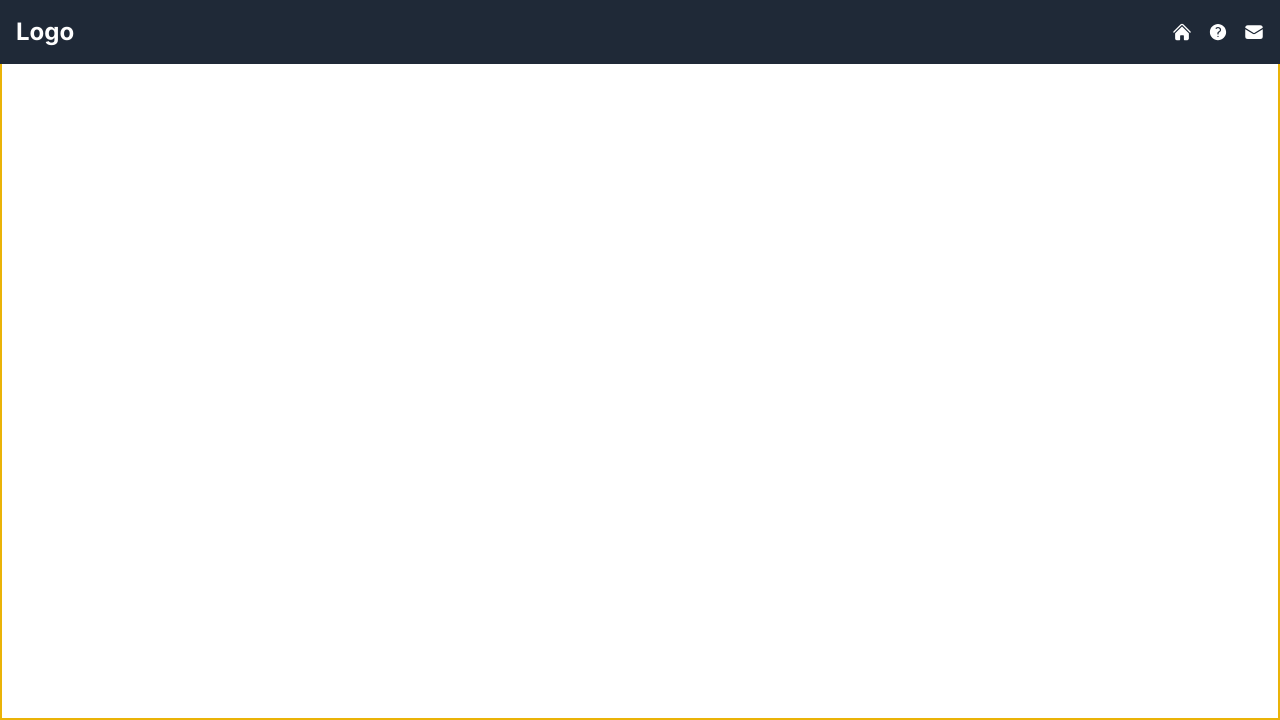
Repository: michalmilek/AI-companion-bot
Page: /
An editor plug-in stored every save of this project. The page is shown before and after the next save, followed by the edit.
The browser window is 1280 px wide. The pictures show the whole page.
The page's requests for data from a server got no answer. The project was rebuilt for these pictures with package versions that can differ from the ones it lists, and the page was loaded fresh each time. Some packages were replaced by stand-ins written for this rebuild. The framework's server and built-in components were replaced by stand-ins that run in the browser. No one was signed in, and anything a server would have sent is missing. Also part of the build but not shown: next.config.js.

Above is the page before, as saved 2023-10-10 13:49:47.

### app/layout.tsx
import { ClerkProvider } from "@clerk/nextjs";
import "./globals.css";
import type { Metadata } from "next";
import { Inter } from "next/font/google";

const inter = Inter({ subsets: ["latin"] });

export const metadata: Metadata = {
  title: "Create Next App",
  description: "Generated by create next app",
};

export default function RootLayout({
  children,
}: {
  children: React.ReactNode;
}) {
  return (
    <ClerkProvider>
      <html lang="en">
        <body className={inter.className}>{children}</body>
      </html>
    </ClerkProvider>
  );
}

### app/(root)/layout.tsx
import Navbar from "@/components/Navbar";
import React from "react";

const RootLayout = ({ children }: { children: React.ReactNode }) => {
  return (
    <div className="h-screen">
      <Navbar />
      <main className="md:pl-20 pt-16 h-full border-yellow-500 border-2">
        {children}
      </main>
    </div>
  );
};

export default RootLayout;

### app/(root)/(routes)/page.tsx
import { UserButton } from "@clerk/nextjs";
import React from "react";

const RootPage = () => {
  return (
    <div>
      <UserButton afterSignOutUrl="/" />
    </div>
  );
};

export default RootPage;

### app/globals.css
@tailwind base;
@tailwind components;
@tailwind utilities;

@layer base {
  :root {
    --background: 0 0% 100%;
    --foreground: 0 0% 3.9%;

    --card: 0 0% 100%;
    --card-foreground: 0 0% 3.9%;

    --popover: 0 0% 100%;
    --popover-foreground: 0 0% 3.9%;

    --primary: 0 0% 9%;
    --primary-foreground: 0 0% 98%;

    --secondary: 0 0% 96.1%;
    --secondary-foreground: 0 0% 9%;

    --muted: 0 0% 96.1%;
    --muted-foreground: 0 0% 45.1%;

    --accent: 0 0% 96.1%;
    --accent-foreground: 0 0% 9%;

    --destructive: 0 84.2% 60.2%;
    --destructive-foreground: 0 0% 98%;

    --border: 0 0% 89.8%;
    --input: 0 0% 89.8%;
    --ring: 0 0% 3.9%;

    --radius: 0.5rem;
  }

  .dark {
    --background: 0 0% 3.9%;
    --foreground: 0 0% 98%;

    --card: 0 0% 3.9%;
    --card-foreground: 0 0% 98%;

    --popover: 0 0% 3.9%;
    --popover-foreground: 0 0% 98%;

    --primary: 0 0% 98%;
    --primary-foreground: 0 0% 9%;

    --secondary: 0 0% 14.9%;
    --secondary-foreground: 0 0% 98%;

    --muted: 0 0% 14.9%;
    --muted-foreground: 0 0% 63.9%;

    --accent: 0 0% 14.9%;
    --accent-foreground: 0 0% 98%;

    --destructive: 0 62.8% 30.6%;
    --destructive-foreground: 0 0% 98%;

    --border: 0 0% 14.9%;
    --input: 0 0% 14.9%;
    --ring: 0 0% 83.1%;
  }
}

@layer base {
  * {
    @apply border-border;
  }
  body {
    @apply bg-background text-foreground;
  }
}

*{
  box-sizing: border-box;
  padding: 0;
  margin: 0;
}

### components/Navbar.tsx
"use client";

import React, { useEffect, useState } from "react";
import {
  HomeIcon,
  QuestionMarkCircleIcon,
  EnvelopeIcon,
  Bars3Icon,
  XMarkIcon,
} from "@heroicons/react/24/solid";
import { motion, AnimatePresence } from "framer-motion";
import { useMediaQuery } from "react-responsive";

const Navbar = () => {
  const [isMenuOpen, setIsMenuOpen] = useState(false);
  const isDesktopOrLaptop = useMediaQuery({
    query: "(min-width: 1024px)",
  });

  const toggleMenu = () => {
    setIsMenuOpen(!isMenuOpen);
  };

  useEffect(() => {
    if (isDesktopOrLaptop) {
      setIsMenuOpen(false);
    }
  }, [isDesktopOrLaptop]);

  return (
    <nav className="bg-gray-800 text-white h-16 flex justify-between items-center px-4 fixed top-0 left-0 right-0 z-50">
      <a
        href="#"
        className="text-2xl font-bold">
        Logo
      </a>
      <div className="flex items-center">
        <button
          className="lg:hidden text-white focus:outline-none"
          onClick={toggleMenu}>
          {isMenuOpen ? (
            <XMarkIcon className="h-6 w-6" />
          ) : (
            <Bars3Icon className="h-6 w-6" />
          )}
        </button>
        <AnimatePresence>
          {isMenuOpen && (
            <motion.ul
              initial={{ opacity: 0, y: -20 }}
              animate={{ opacity: 1, y: 0 }}
              exit={{ opacity: 0, y: -20 }}
              className="lg:flex space-y-4 absolute top-16 left-0 right-0 bg-gray-800 z-50 py-2 px-4">
              <li>
                <a
                  href="#"
                  className="hover:text-gray-300 flex items-center gap-3">
                  <HomeIcon className="h-5 w-5" />
                  <span className="ml-2">Home</span>
                </a>
              </li>
              <li>
                <a
                  href="#"
                  className="hover:text-gray-300 flex items-center gap-3">
                  <QuestionMarkCircleIcon className="h-5 w-5" />
                  <span className="ml-2">About</span>
                </a>
              </li>
              <li>
                <a
                  href="#"
                  className="hover:text-gray-300 flex items-center gap-3">
                  <EnvelopeIcon className="h-5 w-5" />
                  <span className="ml-2">Contact</span>
                </a>
              </li>
            </motion.ul>
          )}
        </AnimatePresence>
        <ul className="hidden lg:flex space-x-4">
          <li>
            <a
              href="#"
              className="hover:text-gray-300">
              <HomeIcon className="h-5 w-5" />
            </a>
          </li>
          <li>
            <a
              href="#"
              className="hover:text-gray-300">
              <QuestionMarkCircleIcon className="h-5 w-5" />
            </a>
          </li>
          <li>
            <a
              href="#"
              className="hover:text-gray-300">
              <EnvelopeIcon className="h-5 w-5" />
            </a>
          </li>
        </ul>
      </div>
    </nav>
  );
};

export default Navbar;

Loaded but not shown: tailwind.config.js (common file)

After the next save:
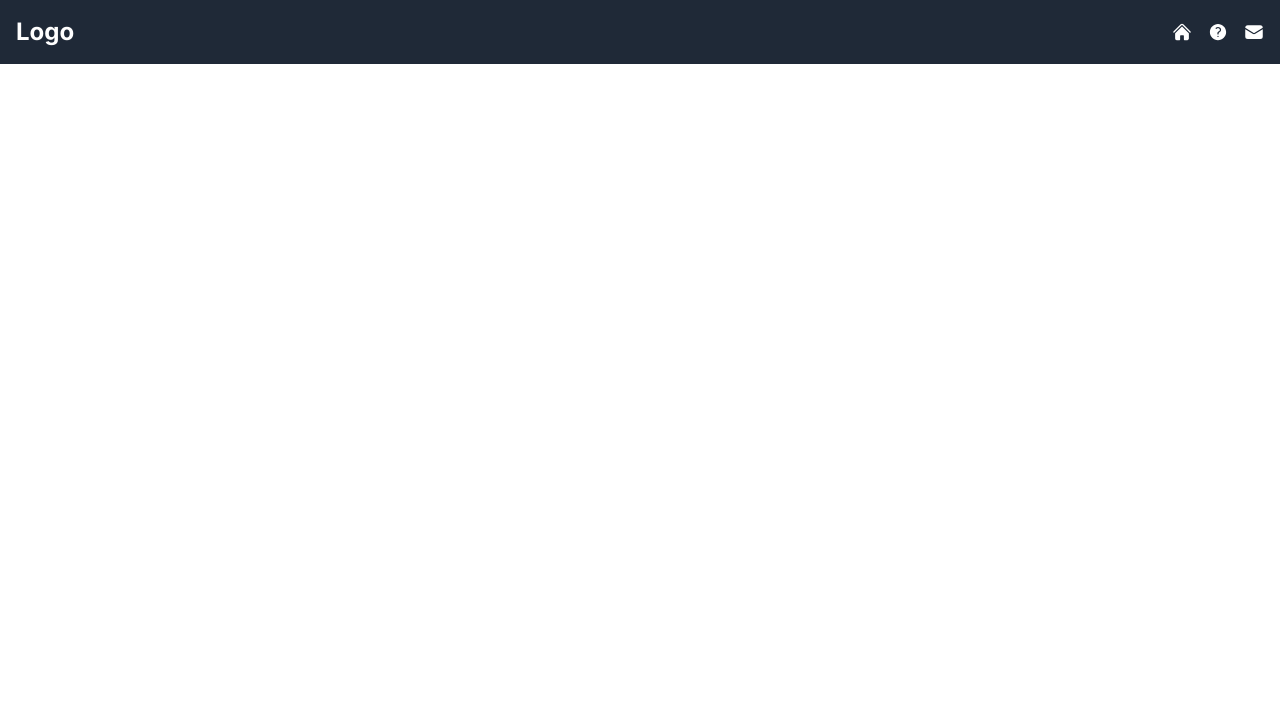
Saved 13 s later.
--- a/app/(root)/layout.tsx
+++ b/app/(root)/layout.tsx
@@ -5,9 +5,7 @@ const RootLayout = ({ children }: { children: React.ReactNode }) => {
   return (
     <div className="h-screen">
       <Navbar />
-      <main className="md:pl-20 pt-16 h-full border-yellow-500 border-2">
-        {children}
-      </main>
+      <main className="md:pl-20 pt-16 h-full">{children}</main>
     </div>
   );
 };
